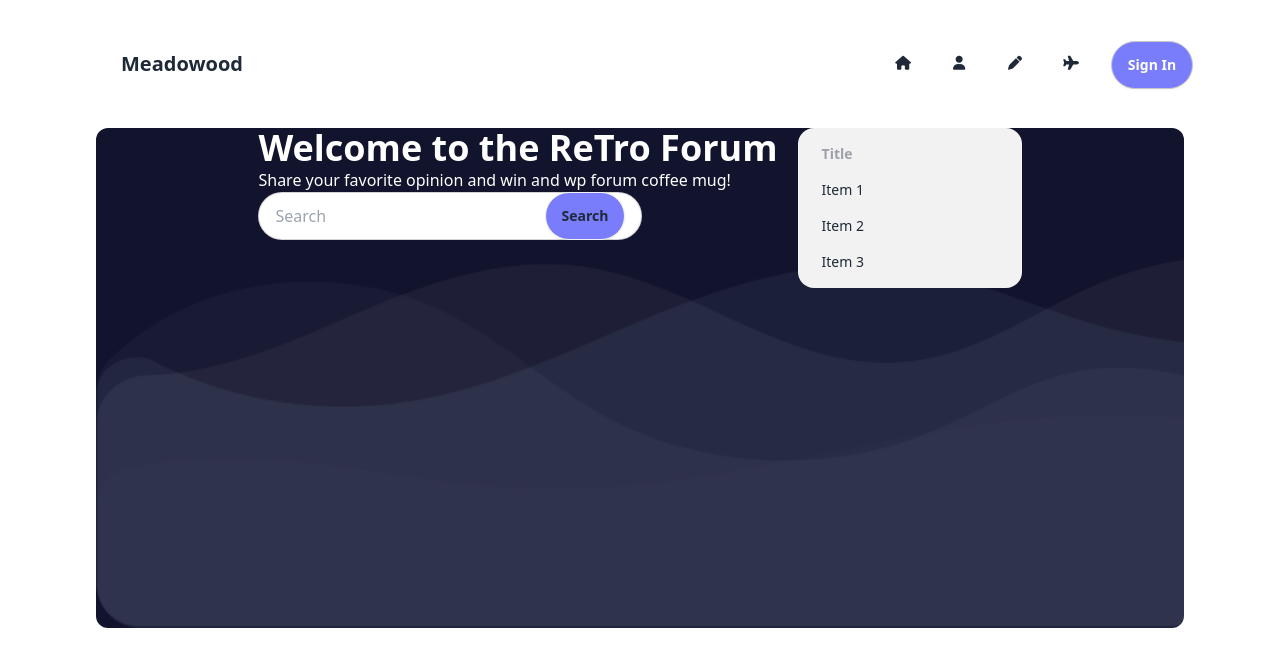
Repository: RudrasahaDibos/Meadowood-Forum
Page: index.html
The author's editor kept a copy of each file at every save. The page is drawn from the files as they stood at one save, then again after a run of saves.
The browser window is 1280 px wide. The pictures show the whole page.
Some web libraries are served in a nearby version.

Above is the page before, as saved 2024-11-24 12:47:57.

### index.html
<!DOCTYPE html>
<html lang="en">
    <head>
        <meta charset="UTF-8">
        <meta name="viewport" content="width=device-width, initial-scale=1.0">
        <title>Meadowood Forum</title>

        <!-- tailwind  -->
        <link
            href="https://cdn.jsdelivr.net/npm/daisyui@4.12.14/dist/full.min.css"
            rel="stylesheet" type="text/css" />
        <script src="https://cdn.tailwindcss.com"></script>

        <!-- font awesome  -->
        <link rel="stylesheet"
            href="https://cdnjs.cloudflare.com/ajax/libs/font-awesome/6.7.1/css/all.min.css"
            integrity="sha512-5Hs3dF2AEPkpNAR7UiOHba+lRSJNeM2ECkwxUIxC1Q/FLycGTbNapWXB4tP889k5T5Ju8fs4b1P5z/iB4nMfSQ=="
            crossorigin="anonymous" referrerpolicy="no-referrer" />

    </head>
    <body class="container mx-auto lg:px-24 px-8">
        <!-- header is start here  -->
        <header class="mt-8">
            <!-- navbar is start here  -->
            <div class="navbar bg-base-100">
                <div class="flex-1">
                    <a class="btn btn-ghost text-xl">Meadowood</a>
                </div>
                <div class="flex-none">
                    <div class="dropdown dropdown-end mr-6">
                        <div  role="button"
                            class="btn btn-ghost btn-circle flex w-full  ">
                            <div class="indicator rounded-full border-1 h-8 w-8 mr-4 tooltip" data-tip="home">
                                <i class="fa-solid fa-house h-5 w-5 mx-auto mt-2"></i>
                            </div>
                            <div class="indicator rounded-full border-1 h-8 w-8 mr-4 tooltip" data-tip="User">
                                <i class="fa-solid fa-user h-5 w-5 mx-auto mt-2"></i>
                            </div>
                            <div class="indicator rounded-full border-1 h-8 w-8 mr-4 tooltip" data-tip="pen">
                                <i class="fa-solid fa-pen h-5 w-5 mx-auto mt-2"></i>
                            </div>
                            <div class="indicator rounded-full border-1 h-8 w-8 mr-4 tooltip" data-tip="flight">
                                <i class="fa-solid fa-plane h-5 w-5 mx-auto mt-2"></i>
                            </div>
                        </div>

                    </div>
                    <div class="dropdown dropdown-end">
                        <div tabindex="0" role="button"
                            class="btn btn-ghost btn-circle avatar">

                                <button class="btn btn-active bg-[#797DFC] text-white rounded-full ">Sign In</button>

                        </div>
                        <ul
                            tabindex="0"
                            class="menu menu-sm dropdown-content bg-base-100 rounded-box z-[1] mt-3 w-52 p-2 shadow">
                            <li>
                                <a class="justify-between">
                                    Profile
                                    <span class="badge">New</span>
                                </a>
                            </li>
                            <li><a>Settings</a></li>
                            <li><a>Logout</a></li>
                        </ul>
                    </div>
                </div>
            </div>
            <!-- navbar is  end here  -->

             <!-- bannner start here  -->
             <div class="lg:w-full w-[450px] relative bg-no-repeat bg-cover h-[500px] z-0 rounded-xl overflow-hidden mt-8 bg-[#12132D]" style="background-image: url('/images/bgbanner.png');">
                <div class="relative top-0 left-0 w-full h-full z-10  flex  justify-center gap-5 ">

                  <div>
                    <h2 class="text-4xl font-bold font-manrope text-white">Welcome to the ReTro Forum</h2>
                    <p class="text-white">Share your favorite opinion and win and wp forum coffee mug!</p>
                    <label class="input input-bordered flex items-center gap-2 w-96 rounded-full">
                        <input type="text" class="grow" placeholder="Search" />
                         <button class="btn bg-[#797DFC] rounded-full">Search</button>
                      </label>
                  </div>

                   <div>
                    <ul class="menu bg-base-200 rounded-box w-56">
                        <li class="menu-title">Title</li>
                        <li><a>Item 1</a></li>
                        <li><a>Item 2</a></li>
                        <li><a>Item 3</a></li>
                      </ul>
                   </div>

                </div>
                </div>
             <!-- bannner end here  -->




        </header>
        <!-- header is end here  -->

        <!-- main is start here  -->
        <main>

        </main>
        <!-- main is end here  -->

        <!-- footer is start here  -->

        <!-- footer is end here  -->
    </body>
</html>

After the next 2 saves:
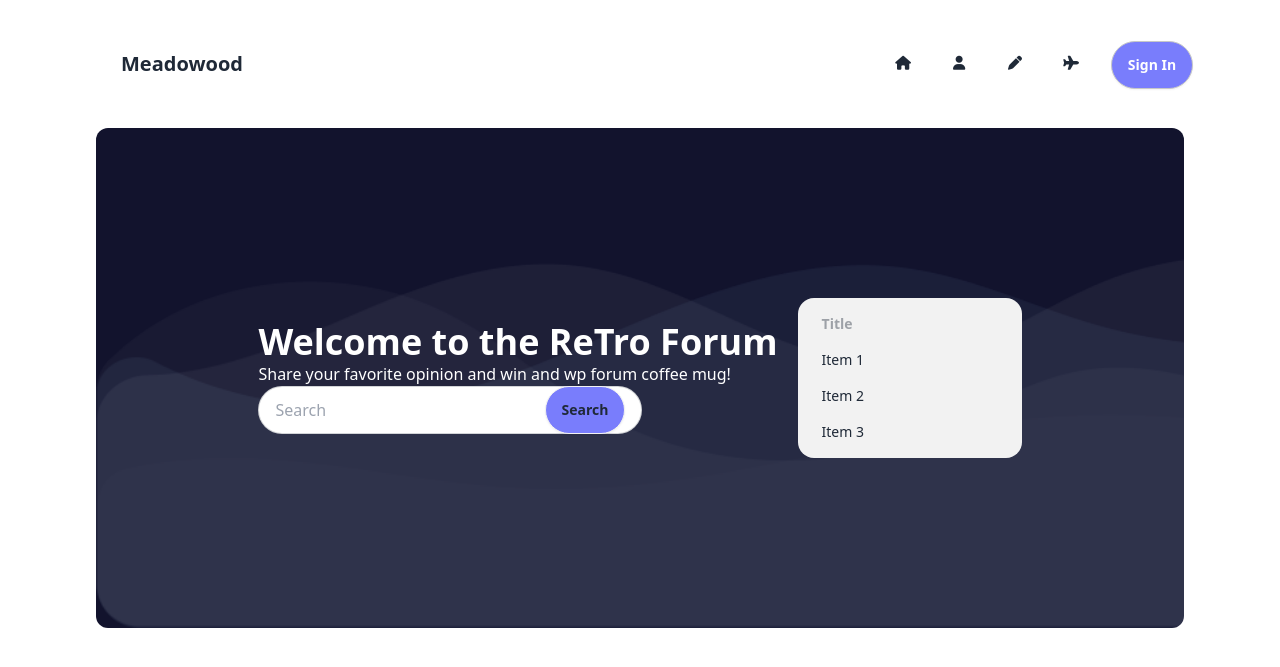
The 2 saves are shown as one change because they came seconds apart.
The last was saved 13 s later.
--- a/index.html
+++ b/index.html
@@ -71,7 +71,7 @@
 
              <!-- bannner start here  -->
              <div class="lg:w-full w-[450px] relative bg-no-repeat bg-cover h-[500px] z-0 rounded-xl overflow-hidden mt-8 bg-[#12132D]" style="background-image: url('/images/bgbanner.png');">
-                <div class="relative top-0 left-0 w-full h-full z-10  flex  justify-center gap-5 ">
+                <div class="relative top-0 left-0 w-full h-full z-10  flex  justify-center items-center gap-5 ">
 
                   <div>
                     <h2 class="text-4xl font-bold font-manrope text-white">Welcome to the ReTro Forum</h2>
